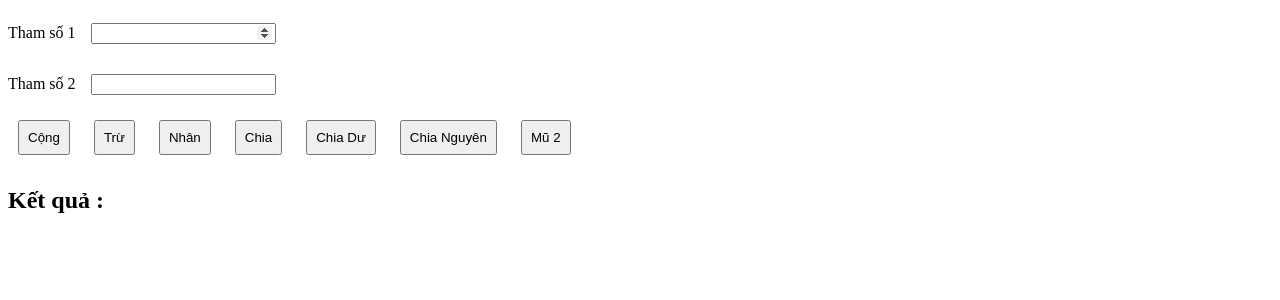
Repository: Toni3498/JsCourse
Page: number/calc.html
These files come from the project's save history. The page is drawn as it stood at one moment and after the next save; the edit follows.
The browser window is 1280 px wide. The pictures show the whole page.
The pointer rests on the first visible `.input input`.

Above is the page before, as saved 2021-08-17 19:40:33.

### number/calc.html
<!DOCTYPE html>
<html lang="en">
  <head>
    <meta charset="UTF-8" />
    <meta http-equiv="X-UA-Compatible" content="IE=edge" />
    <meta name="viewport" content="width=device-width, initial-scale=1.0" />
    <title>JS-Exercises</title>
    <link href="style.css" rel="stylesheet" />
  </head>

  <body>
    <div class="input">
      <label for="ts1">Tham số 1</label><input type="number" id="ts1" /><br />
      <label for="ts2">Tham số 2</label><input type="number" id="ts2" />
    </div>
    <div class="optionCalc">
      <button id="sum">Cộng</button>
      <button id="sub">Trừ</button>
      <button id="mul">Nhân</button>
      <button id="div">Chia</button>

      <button id="chiaDu">Chia Dư</button>
      <button id="chiaNguyen">Chia Nguyên</button>
      <button id="pow">Mũ 2</button>
    </div>
    <div class="result">
      <h2 style="display: inline-block">Kết quả :</h2>
      <h1 style="display: inline-block" id="kq"></h1>
    </div>

    <script>
      var x = document.getElementById('ts1');
      var y = document.getElementById('ts2');

      //1. Hàm cộng 2 tham số
      function sumNumber() {
        document.getElementById('kq').innerHTML = parseInt(x.value) + parseInt(y.value);
      }
      //Hàm trừ 2 tham số
      function subNumber() {
        document.getElementById('kq').innerHTML = parseInt(x.value) - parseInt(y.value);
      }
      //Hàm nhân 2 tham số
      function multiNumber() {
        document.getElementById('kq').innerHTML = parseInt(x.value) * parseInt(y.value);
      }
      // Hàm chia 2 tham số
      function divNumber() {
        document.getElementById('kq').innerHTML = parseFloat(x.value) / parseFloat(y.value);
      }
      //hàm chia dư 2 tham số
      function chiaDu() {
        document.getElementById('kq').innerHTML = parseInt(x.value) % parseInt(y.value);
      }
      // Hàm chia nguyên 2 tham số (a - a % b) / b;
      function chiaNguyen() {
        document.getElementById('kq').innerHTML =
          (parseInt(x.value) - (parseInt(x.value) % parseInt(y.value))) / parseInt(y.value);
      }
      // Hàm mũ 2 tham số
      function powNumber() {
        document.getElementById('kq').innerHTML = parseInt(x.value) ** parseInt(y.value);
      }

      // EventListener
      document.getElementById('sum').addEventListener('click', sumNumber);
      document.getElementById('sub').addEventListener('click', subNumber);
      document.getElementById('mul').addEventListener('click', multiNumber);
      document.getElementById('div').addEventListener('click', divNumber);
      document.getElementById('chiaDu').addEventListener('click', chiaDu);
      document.getElementById('chiaNguyen').addEventListener('click', chiaNguyen);
      document.getElementById('pow').addEventListener('click', powNumber);
    </script>
  </body>
</html>

### number/style.css
.input input {
  margin: 15px;
}
.optionCalc button {
  margin: 10px;
  padding: 8px;
}

After the next save:
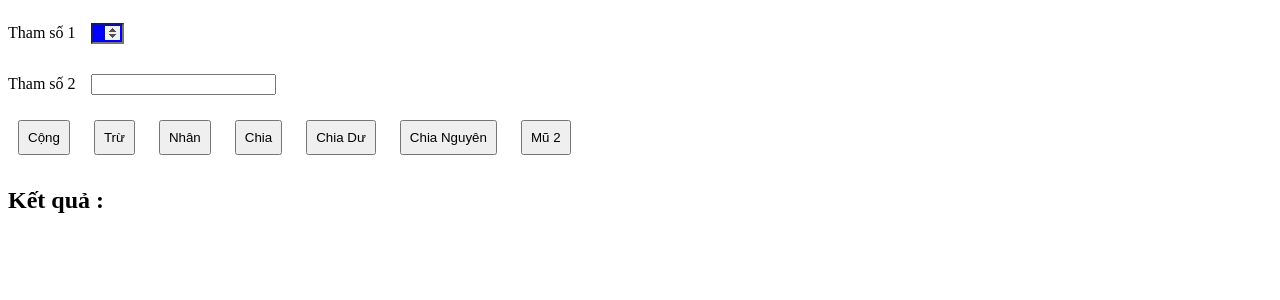
Saved 40 s later.
--- a/number/style.css
+++ b/number/style.css
@@ -5,3 +5,7 @@
   margin: 10px;
   padding: 8px;
 }
+.input input:hover {
+  background-color: blue;
+  width: 25px;
+}
